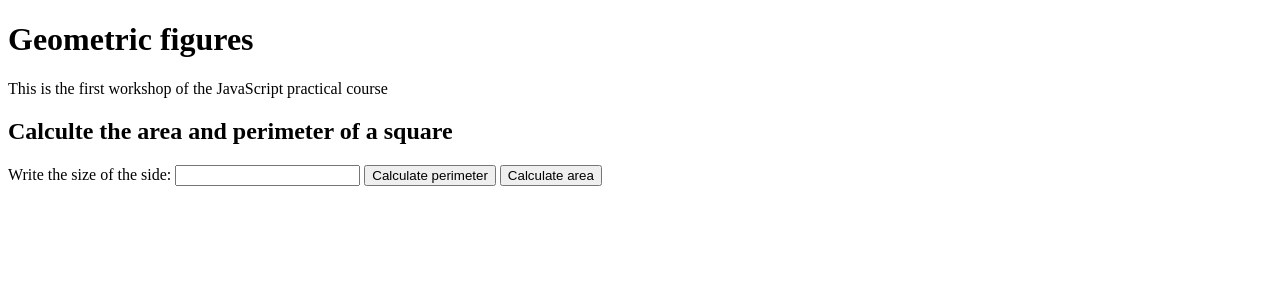
Repository: jangabe/curso-practico-javascript
Page: figures.html
An editor plug-in stored every save of this project. The page is shown before and after the next save, followed by the edit.
The browser window is 1280 px wide. The pictures show the whole page.

Above is the page before, as saved 2022-06-13 20:40:21.

### figures.html
<!DOCTYPE html>
<html lang="en">
<head>
    <meta charset="UTF-8">
    <meta name="viewport" content="width=device-width, initial-scale=1.0">
    <title>Geometric figures</title>
</head>
<body>
    <header>
        <h1>Geometric figures</h1>
        <p>This is the first workshop of the JavaScript practical course</p>
    </header>
    <section>
        <h2>Calculte the area and perimeter of a square</h2>
        <form action="">
            <label for="SquareInput">Write the size of the side:</label>
            <input id="SquareInput" type="number">
            <button type="button" onclick="calculatePerimeter()">Calculate perimeter</button>
            <button type="button" onclick="calculateArea()">Calculate area</button>
            <output id="result"></output>
        </form>
    </section>

    <script src="./figures.js"></script>
</body>
</html>

### figures.js
//Code for the square
console.group("square");
//const squareSide = 5;
//console.log('The sides of the square measure: '+ squareSide);

function squarePerimeter(side){
    return side * 4;
}

//console.log('The perimeter of the square is: '+ squarePerimeter(4) +"cm");

function squareArea(side){
    return side * side;
}

//console.log('The area of the square is: '+ squareArea(5)+"cm^2");

console.groupEnd();

//Code for the triangle
/* console.group("triangle");
const triangleSide1 = 6;
const triangleSide2 = 6;
const triangleBase = 4;
console.log('The sides of the triangle measure: '+ triangleSide1+"cm, "+triangleSide2+"cm, "+triangleBase+"cm"); */


function trianglePerimeter(side1, side2, base){
    return side1 + side2 + base;
}
//console.log('The perimeter of the triangle is: '+ trianglePerimeter +"cm");

//const triangleHeight = 5.5;
//console.log('The height of the triangle is: '+triangleHeight+"cm");

function triangleArea(base, height){
    return (base * height)/2;
}
//console.log('The area of the square is: '+ triangleArea+"cm^2");
console.groupEnd();

//Code for the circle
/* console.group("circle");
const circleRadius = 4;
console.log('The radius of the circle measure: '+ circleRadius); */

//const PI = 3.1415;
const PI = Math.PI;
//console.log('The PI value is: '+PI);

function circleDiameter(radius){
    return radius * 2;
}
//console.log('The diameter of the circle is: '+ circleDiameter +"cm");

function circlePerimeter(radius){
    const diameter = circleDiameter(radius);
    return diameter * PI;
}
//console.log('The perimeter of the circle is: '+ circlePerimeter +"cm");

function circleArea(radius){
    return (radius * radius) * PI;
}
//console.log('The area of the circle is: '+ circleArea+"cm^2");

console.groupEnd();


function calculatePerimeter(){
    const SquareInputValue = document.getElementById("SquareInput").value;
    const result = document.getElementById("result");
    result.value = squarePerimeter(SquareInputValue);
}

function calculateArea(){
    const SquareInputValue = document.getElementById("SquareInput").value;
    alert(squareArea(SquareInputValue));
}

After the next save:
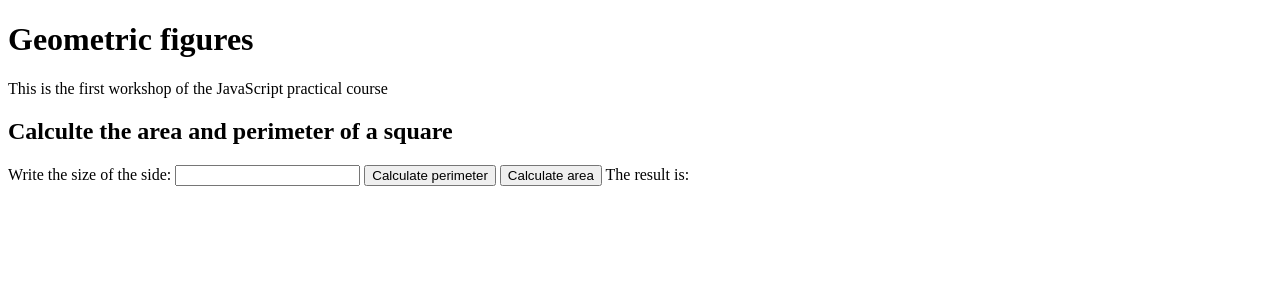
Saved 26 s later.
--- a/figures.html
+++ b/figures.html
@@ -17,7 +17,7 @@
             <input id="SquareInput" type="number">
             <button type="button" onclick="calculatePerimeter()">Calculate perimeter</button>
             <button type="button" onclick="calculateArea()">Calculate area</button>
-            <output id="result"></output>
+            <label for="">The result is: </label> <output id="result"></output>
         </form>
     </section>
 
